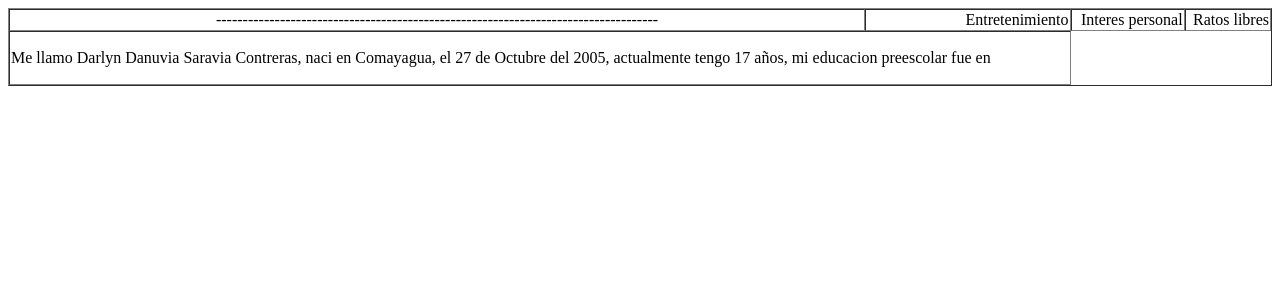
Repository: darlyn-saravia27/portafolio-darlynsaravia
Page: archivoshtml/tareas de html/index.html
An editor plug-in stored every save of this project. The page is shown before and after the next save, followed by the edit.
The browser window is 1280 px wide. The pictures show the whole page.

Above is the page before, as saved 2023-03-04 00:40:26.

After the next save:
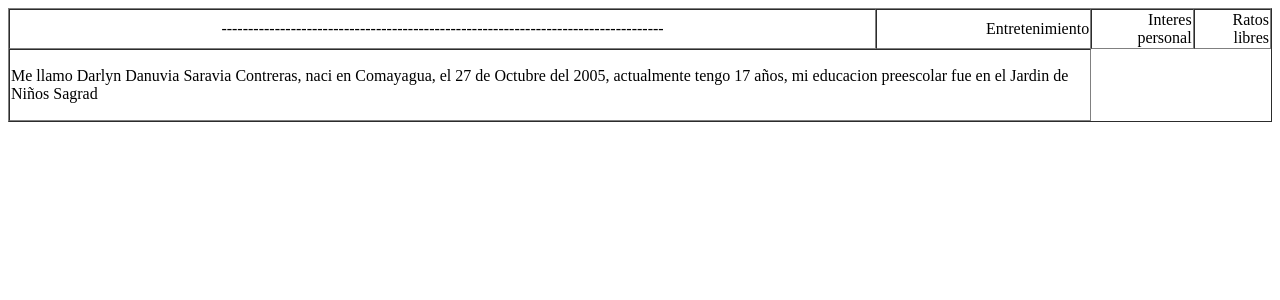
Saved 12 s later.
--- a/archivoshtml/tareas de html/index.html
+++ b/archivoshtml/tareas de html/index.html
@@ -18,7 +18,7 @@
         <td colspan="2">
             <p> Me llamo Darlyn Danuvia Saravia Contreras, naci en Comayagua,
                 el 27 de Octubre del 2005, actualmente tengo 17 años, mi educacion preescolar fue
-            en</p> </td>
+                en el Jardin de Niños Sagrad</p> </td>
     </tr>
 </body>
 </html>
